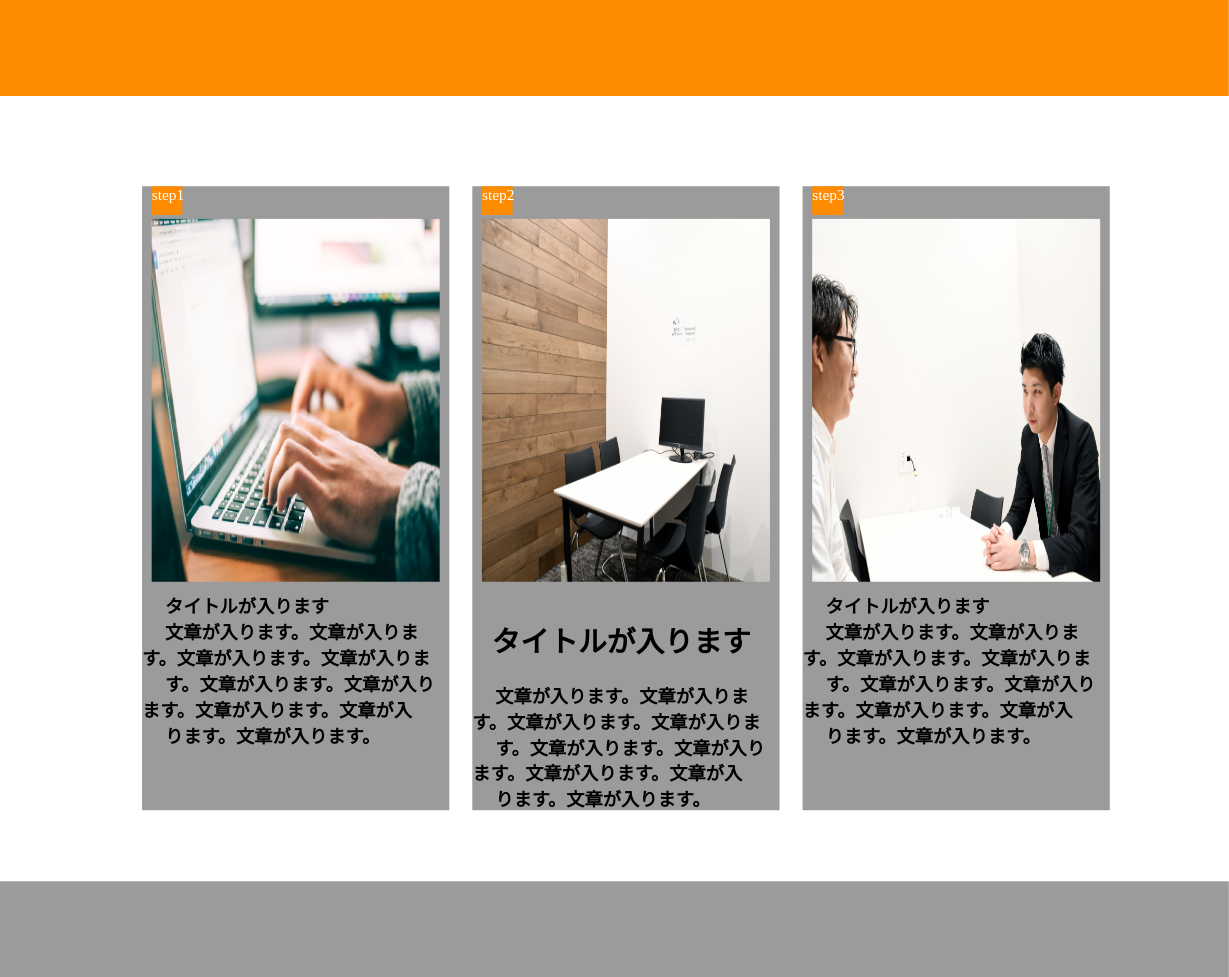
Repository: shiotaryuto/kadai1-10
Page: 課題/課題.html
The author's editor kept a record of every edit. The page is drawn from the files as they stood at one moment, then again after the next edit.
The browser window is 1280 px wide. The pictures show the whole page, at 96% of full size.
Some web libraries are served in a nearby version.

Above is the page before.

### 課題/課題.html
<!DOCTYPE html>
<html lang="ja">
  <head>
    <meta charset="UTF-8" />
    <meta name="viewport" content="width=device-width,initial-scale=1.0">
    <script src="https://kit.fontawesome.com/35efbb9d9d.js" crossorigin="anonymous"></script>
    <link rel="stylesheet" href="style.css" />
    <title>課題提出</title>
  </head>

  <body>
    <header></header>

　<main>
　    <div class="step1">
　      <img class="step1-img" src="img/flow01.png" />
　    <div class="step1-heading">step1</div>
　     <div class="step1-item">
　        <h3 class="step1-text-heading">
　          タイトルが入ります<br>
　         文章が入ります。文章が入ります。文章が入ります。文章が入りま
　          す。文章が入ります。文章が入ります。文章が入ります。文章が入
　          ります。文章が入ります。
　          </h2>
　        </h3>
　      </div>
　    </div>

　     <div class="step2">
　      <img class="step2-img" src="img/flow02.png" />
　    <div class="step2-heading">step2</div>
　     <div class="step2-item">
　        <h3 class="step2-text-heading">
　        <p>タイトルが入ります</p><br>
　          文章が入ります。文章が入ります。文章が入ります。文章が入りま
　          す。文章が入ります。文章が入ります。文章が入ります。文章が入
　          ります。文章が入ります。
　          </h2>
　        </h3>
　      </div>
　    </div>

　     <div class="step3">
　      <img class="step3-img" src="img/flow03.png" />
　    <div class="step3-heading">step3</div>
　     <div class="step3-item">
　        <h3 class="step3-text-heading">
　        タイトルが入ります<br>
　         文章が入ります。文章が入ります。文章が入ります。文章が入りま
　          す。文章が入ります。文章が入ります。文章が入ります。文章が入
　          ります。文章が入ります。
　          </h2>
　        </h3>
　      </div>
　    </div>
　</main>
　<footer></footer>
  </body>

### 課題/style.css
* {
  margin: 0;
  padding: 0;
  box-sizing: border-box;
  color: #6c6b6b;
}

a{
  text-decoration: none;
}

header{
  width: 100%;
  padding: 50px;
  background-color: #ff8c00;
}

main{
  width: 100%;
  margin-top: 50px;
  margin-bottom: 50px;
}

.step1{
  position: relative;
  display: inline-block;
  width: 25%;
  height: 650px;
  margin-left: 10%;
text-align: center;
padding: 10px;
  background-color: #9c9b9b;
}
.step1-heading{
  position: absolute;
width: 10%;
height: 30px;
top: 0;
  background-color: #ff8c00;
  color: white;
}

.step1-img{
  width: 100%;
  height: 60%;
}

.step1-item{
 width: 100%;
 left: 0;
}

.step1-text-heading{
  position: absolute;
  text-align: left;
  width: 100%;
  top: 65%;
  left: 0;
  font-size: 19px;
  color: black;
}

.step2{
  position: relative;
  display: inline-block;
  width: 25%;
  height: 650px;
  margin-top: 20px;
text-align: center;
padding: 10px;
  background-color: #9c9b9b;
}

.step2-heading{
  position: absolute;
width: 10%;
height: 30px;
top: 0;
  background-color: #ff8c00;
  color: white;
}

.step2-img{
  width: 100%;
  height: 60%;
}

.step2-item{
 width: 100%;
 left: 0;
}

.step2-text-heading{
  position: absolute;
  text-align: left;
  width: 100%;
  top: 65%;
  left: 0;
  font-size: 19px;
  color: black;
}

.step3{
  position: relative;
  display: inline-block;
  width: 25%;
  height: 650px;
  margin-top: 20px;
text-align: center;
padding: 10px;
  background-color: #9c9b9b;
}

.step3-heading{
  position: absolute;
width: 10%;
height: 30px;
top: 0;
  background-color: #ff8c00;
  color: white;

}

.step3-img{
  width: 100%;
  height: 60%;
}


.step3-item{
 width: 100%;
 left: 0;
}

.step3-text-heading{
  position: absolute;
  text-align: left;
  width: 100%;
  top: 65%;
  left: 0;
  font-size: 19px;
  color: black;
}

p{
  font-size: 30px;
  padding-left: 20px;
  color: black;

}
footer{
  width: 100%;
  padding: 50px;
  background-color: #9c9b9b;
}

@media screen and (max-width:768px){
  header{
    width: 100%;
  }

main{
  width: 100%;
}

.step1{
  width: 80%;
  height: 400px;
  left: 0;
}

.step1-text-heading{
  top: 60%;
  font-size: 15px;
}

.step2{
  width: 80%;
  height: 400px;
  margin-left: 10%;
}

.step2-text-heading{
  top: 60%;
  font-size: 15px;
}

.step3{
  width: 80%;
  height: 400px;
  margin-left: 10%;
}

.step3-text-heading{
  top: 60%;
  font-size: 15px;
}

footer{
  width: 100%;
}

After the next edit:
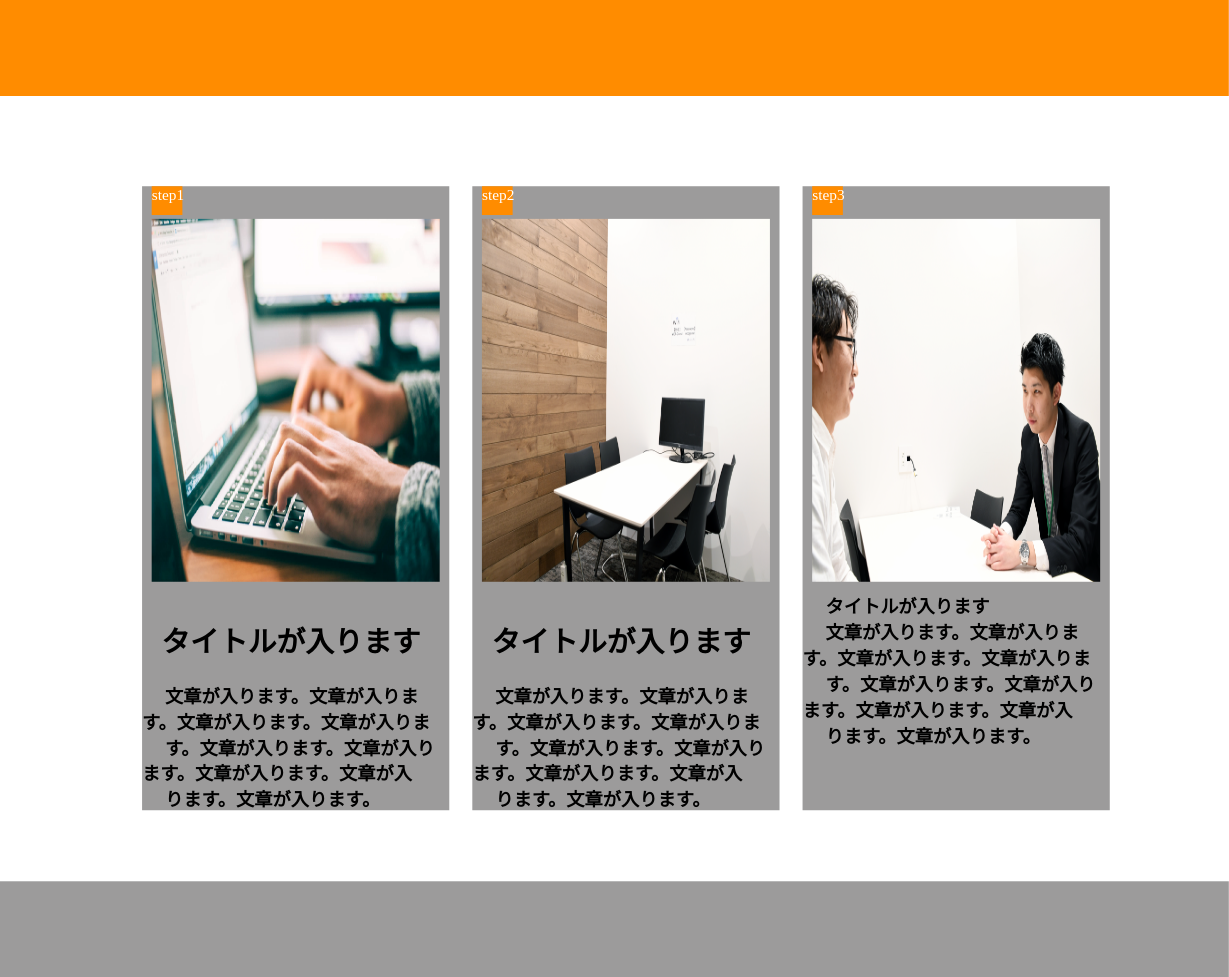
The edit:
--- a/課題/課題.html
+++ b/課題/課題.html
@@ -17,7 +17,7 @@
 　    <div class="step1-heading">step1</div>
 　     <div class="step1-item">
 　        <h3 class="step1-text-heading">
-　          タイトルが入ります<br>
+　          <p>タイトルが入ります</p><br>
 　         文章が入ります。文章が入ります。文章が入ります。文章が入りま
 　          す。文章が入ります。文章が入ります。文章が入ります。文章が入
 　          ります。文章が入ります。
